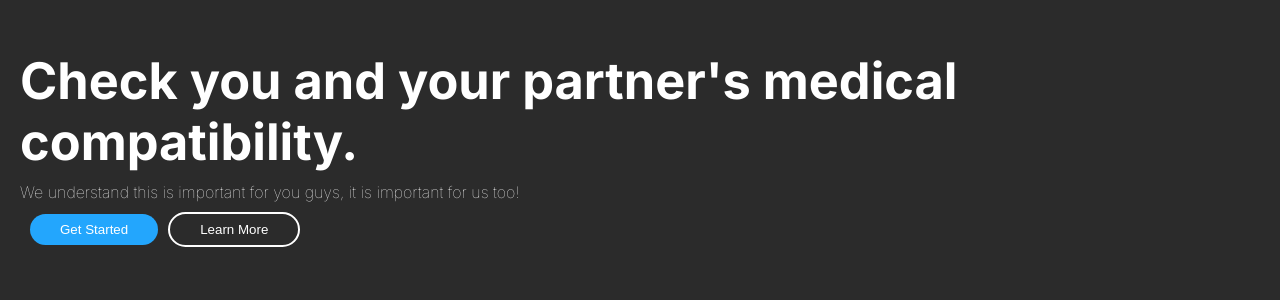
Repository: devhabeeblateef/tictactoe
Page: /
These files come from the project's save history. The page is drawn as it stood at one moment and after the next save; the edit follows.
The browser window is 1280 px wide. The pictures show the whole page.
The project was rebuilt for these pictures with package versions that can differ from the ones it lists, and the page was loaded fresh each time. Also part of the build but not shown: src/App.css.

Above is the page before, as saved 2022-06-17 00:40:49.

After the next save:
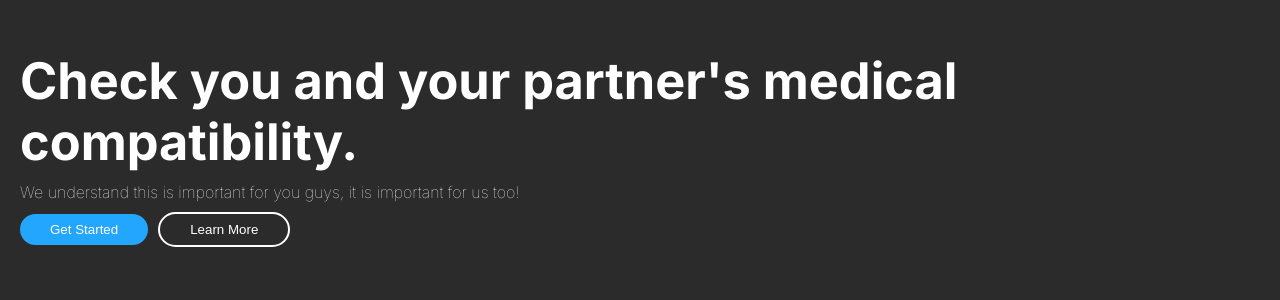
Saved 9 s later.
--- a/src/Home.module.css
+++ b/src/Home.module.css
@@ -28,7 +28,7 @@ img
 
 .button
 {
-    margin: 50px 30px;
+    margin: 50px 20px;
 }
 
 
